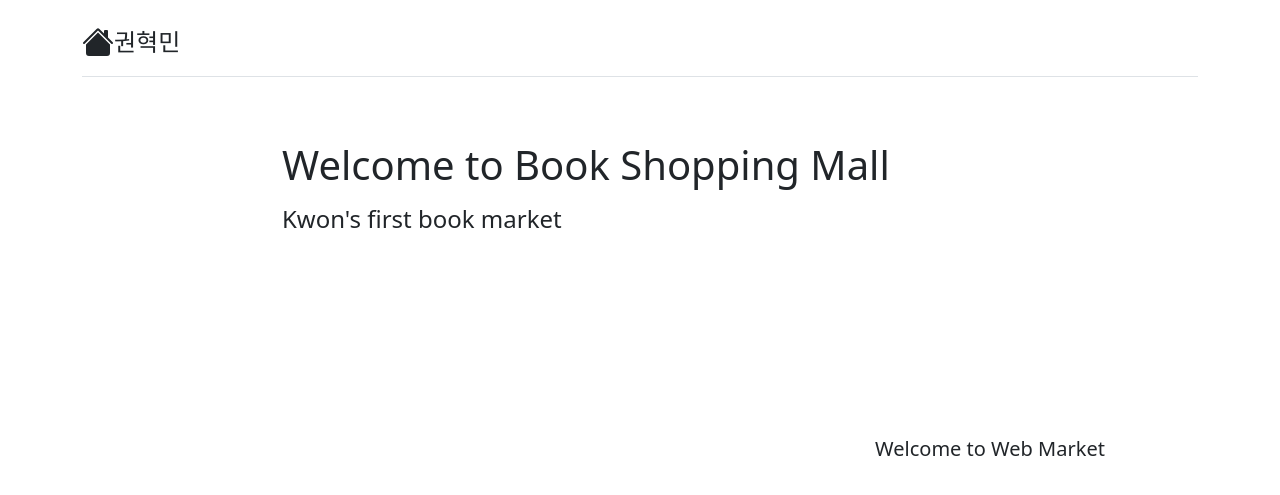
Repository: minn0701/JSP-Webbprogramming
Page: http://localhost/BookMarket/Welcome.jsp
These files come from the project's save history. The page is drawn as it stood at one moment and after the next save; the edit follows.
The browser window is 1280 px wide. The pictures show the whole page.
The page is served by Tomcat 9.

Above is the page before, as saved 2024-03-20 13:20:27.

### BookMarket/src/main/webapp/Welcome.jsp
<%@ page language="java" contentType="text/html; charset=EUC-KR"
    pageEncoding="EUC-KR"%>
<!DOCTYPE html>
<html>
<head>
    <link href="https://cdn.jsdelivr.net/npm/bootstrap@5.3.0-alpha1/dist/css/bootstrap.min.css" rel="stylesheet">
	<title>Welcome</title>
</head>
<body>

<%! String greet = "Welcome to Book Shopping Mall";
	String introduce = "Kwon's first book market"; %>

	<style>
		.left {
		padding-left: 200px;
		}
	</style>

<div class="container py-4">
    <header class="pb-3 mb-4 border-bottom"> <%-- 줄 만드는거 --%>
      <a href="./welcome.jsp" class="d-flex align-items-center text-dark text-decoration-none">

      <svg  width="32" height="32" fill="currentColor" class="bi bi-house-fill" viewBox="0 0 16 16">
  			<path d="M8.707 1.5a1 1 0 0 0-1.414 0L.646 8.146a.5.5 0 0 0 .708.708L8 2.207l6.646 6.647a.5.5 0 0 0 .708-.708L13 5.793V2.5a.5.5 0 0 0-.5-.5h-1a.5.5 0 0 0-.5.5v1.293L8.707 1.5Z"/>
  			<path d="m8 3.293 6 6V13.5a1.5 1.5 0 0 1-1.5 1.5h-9A1.5 1.5 0 0 1 2 13.5V9.293l6-6Z"/>
		</svg>   <%-- 집모양 아이콘 --%>

        <span class="fs-4"> 권혁민</span>

        </a>

</div>

<div class="container py-10 mb-50">


      <p><h1 class="left"><%= greet %> </h1><p>
      <h4 class="left"><%= introduce %> </h4>

</div>

<div style="
    padding-left: 700px;
    border-left-width: 100px;
    margin-top: 200px;
    font-size : 20px;
">

<center>Welcome to Web Market</center>


</div>



</div>


</body>
</html>

After the next save:
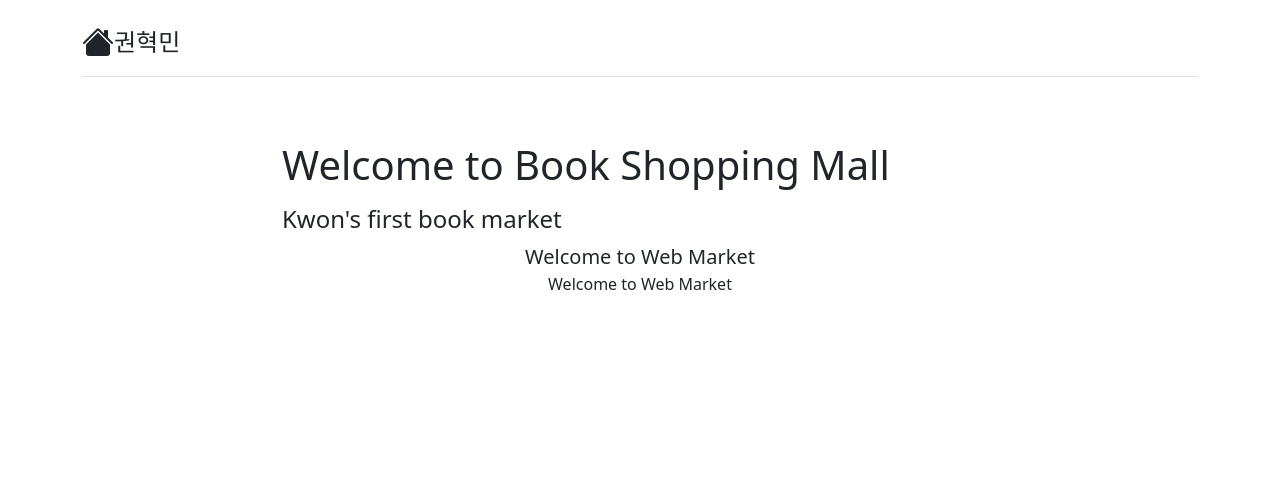
Saved 81 s later.
--- a/BookMarket/src/main/webapp/Welcome.jsp
+++ b/BookMarket/src/main/webapp/Welcome.jsp
@@ -41,11 +41,14 @@
 </div>
 
 <div style="
-    padding-left: 700px;
-    border-left-width: 100px;
-    margin-top: 200px;
-    font-size : 20px;
+    padding-top: 200p;
+    font-size:20px;
 ">
+
+<center>Welcome to Web Market</center>
+
+
+</div>
 
 <center>Welcome to Web Market</center>
 
